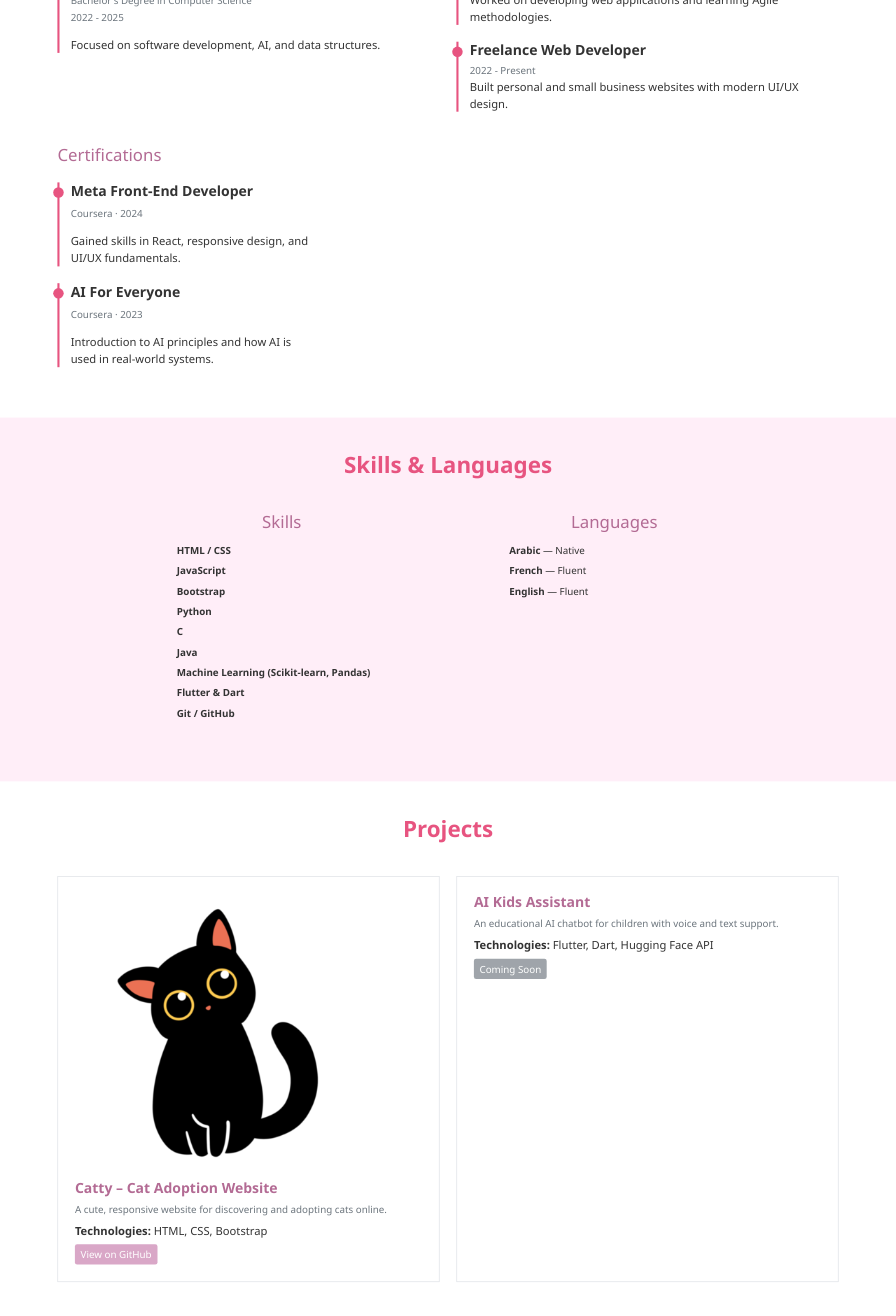
Repository: rihebtlh/portfolio
Page: new.html
These files come from the project's save history. The page is drawn as it stood at one moment and after the next save; the edit follows.
The browser window is 1280 px wide. The pictures show the part of the page from y = 1521 to 3441 px (the page is 3401 px tall before and 3441 px after), at 70% of full size.

Above is the page before, as saved 2025-07-02 16:02:16.

### new.html
<!DOCTYPE html>
<html lang="en">
<head>
  <meta charset="UTF-8" />
  <meta name="viewport" content="width=device-width, initial-scale=1.0" />
  <title>Riheb Talhi Portfolio</title>
  <link href="https://cdn.jsdelivr.net/npm/bootstrap@5.0.2/dist/css/bootstrap.min.css" rel="stylesheet" />
  <script src="https://cdn.jsdelivr.net/npm/bootstrap@5.0.2/dist/js/bootstrap.bundle.min.js"></script>
  <link rel="stylesheet" href="https://cdn.jsdelivr.net/npm/bootstrap-icons@1.10.5/font/bootstrap-icons.css">


  <style>
    body {
      font-family: 'Segoe UI', sans-serif;
      color: #333;
      background: #fff;
    }

    .navbar {
      background: rgba(255, 255, 255, 0.9);
      box-shadow: 0 4px 6px rgba(0, 0, 0, 0.05);
    }

    .navbar-nav .nav-link {
      color: #b36b94 !important;
      font-weight: 500;
    }

    .navbar-nav .nav-link:hover {
      color: #e75480 !important;
    }

    .btn-secondary {
      background-color: #d9a7c7;
      border: none;
    }

    .btn-secondary:hover {
      background-color: #e2b8d3;
    }

    h1, h2 {
      font-weight: 700;
    }

    .display-2 {
      color: #e75480;
    }

    .display-5 {
      color: #a070a8;
    }

    section {
      padding: 4rem 0;
    }

    .head {
      background-color: #ffeef8;
    }

    .about {
      background-color: #ffffff;
    }

    .about h2 {
      color: #e75480;
    }

    .about p {
      font-size: 1.1rem;
      color: #444;
      max-width: 800px;
    }

    img.rounded-circle {
      border: 4px solid #fff;
    }
    /* Simple timeline style */
  .timeline-item {
    border-left: 3px solid #e75480;
    padding-left: 1rem;
    position: relative;
  }
  .timeline-item::before {
    content: '';
    position: absolute;
    left: -9px;
    top: 0.4rem;
    width: 15px;
    height: 15px;
    background: #e75480;
    border-radius: 50%;
  }
  </style>
</head>
<body>

  <!-- Navbar -->
  <nav class="navbar navbar-expand-md navbar-light fixed-top">
    <div class="container-xxl">
      <button class="navbar-toggler" type="button" data-bs-toggle="collapse" data-bs-target="#main-nav"
        aria-controls="main-nav" aria-expanded="false" aria-label="Toggle navigation">
        <span class="navbar-toggler-icon"></span>
      </button>

      <div class="collapse navbar-collapse justify-content-end align-items-center" id="main-nav">
        <ul class="navbar-nav">
          <li class="nav-item"><a class="nav-link" href="#about">About Me</a></li>
          <li class="nav-item"><a class="nav-link" href="#resume">My Resume</a></li>
          <li class="nav-item"><a class="nav-link" href="#skills">Skills & Languages</a></li>
          <li class="nav-item"><a class="nav-link" href="#projects">Projects</a></li>
          <li class="nav-item ms-2 d-none d-md-inline">
            <a class="btn btn-secondary" href="#contact">Contact me here!</a>
          </li>
        </ul>
      </div>
    </div>
  </nav>

  <!-- Hero Section -->
    <section class="head d-flex align-items-center" style="min-height: 100vh;" id="home">
    <div class="container-lg">
        <div class="row justify-content-center align-items-center">
        <div class="col-md-8 text-start">
            <h1>
            <div class="display-2 fw-bold">Riheb Talhi</div>
            <div class="display-5">Computer Science Student</div>
            <div class="display-6 text-muted">just love to solve real-world problems through creative coding.</div>
            </h1>
        </div>
        <div class="col-md-4 text-center d-none d-md-block">
            <span class="tt" data-bs-placement="bottom" title="pic">
            <img src="/assets/pic.jpg" alt="Your photo" class="img-fluid rounded-circle shadow" style="max-height: 400px;">
            </span>
        </div>
        </div>
    </div>
    </section>


  <!-- About Me Section (White) -->
  <section class="about" id="about">
    <div class="container-lg">
      <div class="row justify-content-center">
        <div class="col-md-5">
          <h2 class="mb-4">About Me</h2>
          <p><strong>Name:</strong> Riheb Talhi</p>
          <p><strong>Email:</strong> talhiriheb@gmail.com</p>
          <p><strong>Education:</strong> university of science and technology of oran - mohamed boudiaf</p>
          <p>
            <i class="bi bi-github text-dark me-2"></i>
            <a href="https://github.com/rihebtlh" target="_blank">@rihebtlh</a>
          </p>
          <p>
            <i class="bi bi-linkedin"></i>
            <a href="https://www.linkedin.com/in/riheb-talhi-bab320293" target="_blank">Talhi Riheb</a>
          </p>
          <p>
            I love building smart, helpful apps and exploring the world of artificial intelligence.
            Currently, I'm focused on AI development especially in natural language processing (NLP) and machine learning (ML).
          </p>

        </div>
      </div>
    </div>
  </section>
  <!-- Resume Section -->
    <section id="resume" class="py-5" style="background:#fff;">
        <div class="container-lg">
            <h2 class="mb-5" style="color:#e75480;">My Resume</h2>
            <div class="row">

            <!-- Education -->
            <div class="col-md-6 mb-4">
                <h4 class="mb-4" style="color:#b36b94;">Education</h4>
                <div class="timeline">
                <div class="timeline-item mb-4">
                    <h5 class="mb-1 fw-bold">University of Science and Technology of Oran - Mohamed Boudiaf</h5>
                    <p class="text-muted mb-0"><small>Bachelor's Degree in Computer Science</small></p>
                    <p class="text-muted"><small>2022 - 2025</small></p>
                    <p>Focused on software development, AI, and data structures.</p>
                </div>
                <!-- Add more education here if needed -->
                </div>
            </div>

            <!-- Experience -->
            <div class="col-md-6 mb-4">
                <h4 class="mb-4" style="color:#b36b94;">Experience</h4>
                <div class="timeline">
                <div class="timeline-item mb-4">
                    <h5 class="mb-1 fw-bold">Internship at XYZ Company</h5>
                    <p class="text-muted mb-0"><small>Summer 2023</small></p>
                    <p>Worked on developing web applications and learning Agile methodologies.</p>
                </div>
                <div class="timeline-item mb-4">
                    <h5 class="mb-1 fw-bold">Freelance Web Developer</h5>
                    <p class="text-muted mb-0"><small>2022 - Present</small></p>
                    <p>Built personal and small business websites with modern UI/UX design.</p>
                </div>
                <!-- Add more experience as needed -->
                </div>
            </div>
            </div>
            <!-- Certifications -->
            <div class="col-md-4 mb-4">
                <h4 class="mb-4" style="color:#b36b94;">Certifications</h4>
                <div class="timeline">
                <div class="timeline-item mb-4">
                    <h5 class="fw-bold">Meta Front-End Developer</h5>
                    <p class="text-muted"><small>Coursera · 2024</small></p>
                    <p>Gained skills in React, responsive design, and UI/UX fundamentals.</p>
                </div>
                <div class="timeline-item mb-4">
                    <h5 class="fw-bold">AI For Everyone</h5>
                    <p class="text-muted"><small>Coursera · 2023</small></p>
                    <p>Introduction to AI principles and how AI is used in real-world systems.</p>
                </div>
                </div>
            </div>
        </div>
    </section>
    <!-- Skills & Languages Section -->
    <section id="skills" class="py-5" style="background-color: #ffeef8;">
    <div class="container-lg text-center">
        <h2 class="mb-5" style="color: #e75480;">Skills & Languages</h2>

        <div class="row justify-content-center">
        <!-- Skills -->
        <div class="col-md-5 mb-4">
            <h4 class="mb-3" style="color: #b36b94;">Skills</h4>
            <ul class="list-unstyled small text-start mx-auto" style="max-width: 300px;">
            <li class="mb-2"><strong>HTML / CSS</strong></li>
            <li class="mb-2"><strong>JavaScript</strong></li>
            <li class="mb-2"><strong>Bootstrap</strong></li>
            <li class="mb-2"><strong>Python</strong></li>
            <li class="mb-2"><strong>C</strong></li>
            <li class="mb-2"><strong>Java</strong></li>
            <li class="mb-2"><strong>Machine Learning (Scikit-learn, Pandas)</strong></li>
            <li class="mb-2"><strong>Flutter & Dart</strong></li>
            <li class="mb-2"><strong>Git / GitHub</strong></li>
            </ul>
        </div>

        <!-- Languages -->
        <div class="col-md-5 mb-4">
            <h4 class="mb-3" style="color: #b36b94;">Languages</h4>
            <ul class="list-unstyled small text-start mx-auto" style="max-width: 300px;">
            <li class="mb-2"><strong>Arabic</strong> — Native</li>
            <li class="mb-2"><strong>French</strong> — Fluent</li>
            <li class="mb-2"><strong>English</strong> — Fluent</li>
            </ul>
        </div>
        </div>
    </div>
    </section>
    <!-- Projects Section -->
    <section id="projects" class="py-5" style="background-color: #fff;">
      <div class="container-lg">
        <h2 class="mb-5 text-center" style="color: #e75480;">Projects</h2>

        <div class="row justify-content-center g-4">

          <!-- Project 1 -->
          <div class="col-md-6">
            <div class="p-4 border rounded-4 h-100" style="border-color: #ffd6e8; background-color: #fff;">
              <!-- Project Image -->
              <img src="assets/catLogo.webp" alt="Catty Website Preview" class="img-fluid rounded mb-2">
              <!-- Project Content -->
              <h5 class="fw-bold" style="color: #b36b94;">Catty – Cat Adoption Website</h5>
              <p class="text-muted small mb-2">A cute, responsive website for discovering and adopting cats online.</p>
              <p class="mb-2"><strong>Technologies:</strong> HTML, CSS, Bootstrap</p>
              <a href="https://github.com/rihebtlh/catty-storefront" target="_blank" class="btn btn-sm btn-secondary">View on GitHub</a>
            </div>
          </div>


          <!-- Project 2 -->
          <div class="col-md-6">
            <div class="p-4 border rounded-4 h-100" style="border-color: #ffd6e8;">
              <h5 class="fw-bold" style="color: #b36b94;">AI Kids Assistant</h5>
              <p class="text-muted small mb-2">An educational AI chatbot for children with voice and text support.</p>
              <p class="mb-2"><strong>Technologies:</strong> Flutter, Dart, Hugging Face API</p>
              <a href="#" target="_blank" class="btn btn-sm btn-secondary disabled">Coming Soon</a>
            </div>
          </div>

          <!-- Add more projects here -->

        </div>
      </div>
    </section>






  <!-- Tooltip Init -->
  <script>
    const tooltips = document.querySelectorAll('.tt');
    tooltips.forEach(t => {
      new bootstrap.Tooltip(t);
    });
  </script>

</body>
</html>

After the next save:
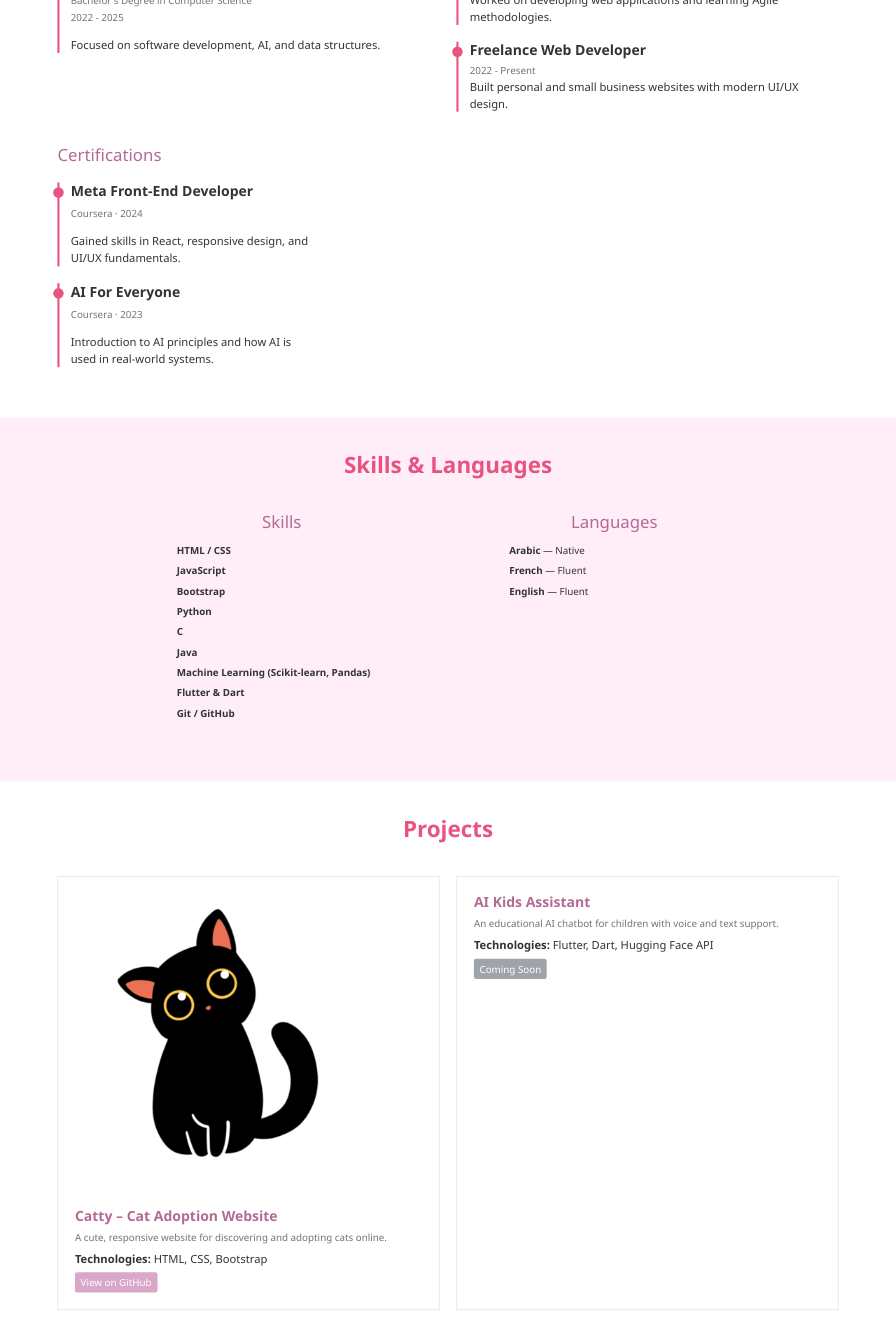
Saved 9 s later.
--- a/new.html
+++ b/new.html
@@ -266,7 +266,7 @@
           <div class="col-md-6">
             <div class="p-4 border rounded-4 h-100" style="border-color: #ffd6e8; background-color: #fff;">
               <!-- Project Image -->
-              <img src="assets/catLogo.webp" alt="Catty Website Preview" class="img-fluid rounded mb-2">
+              <img src="assets/catLogo.webp" alt="Catty Website Preview" class="img-fluid rounded mb-5">
               <!-- Project Content -->
               <h5 class="fw-bold" style="color: #b36b94;">Catty – Cat Adoption Website</h5>
               <p class="text-muted small mb-2">A cute, responsive website for discovering and adopting cats online.</p>

After the save that followed:
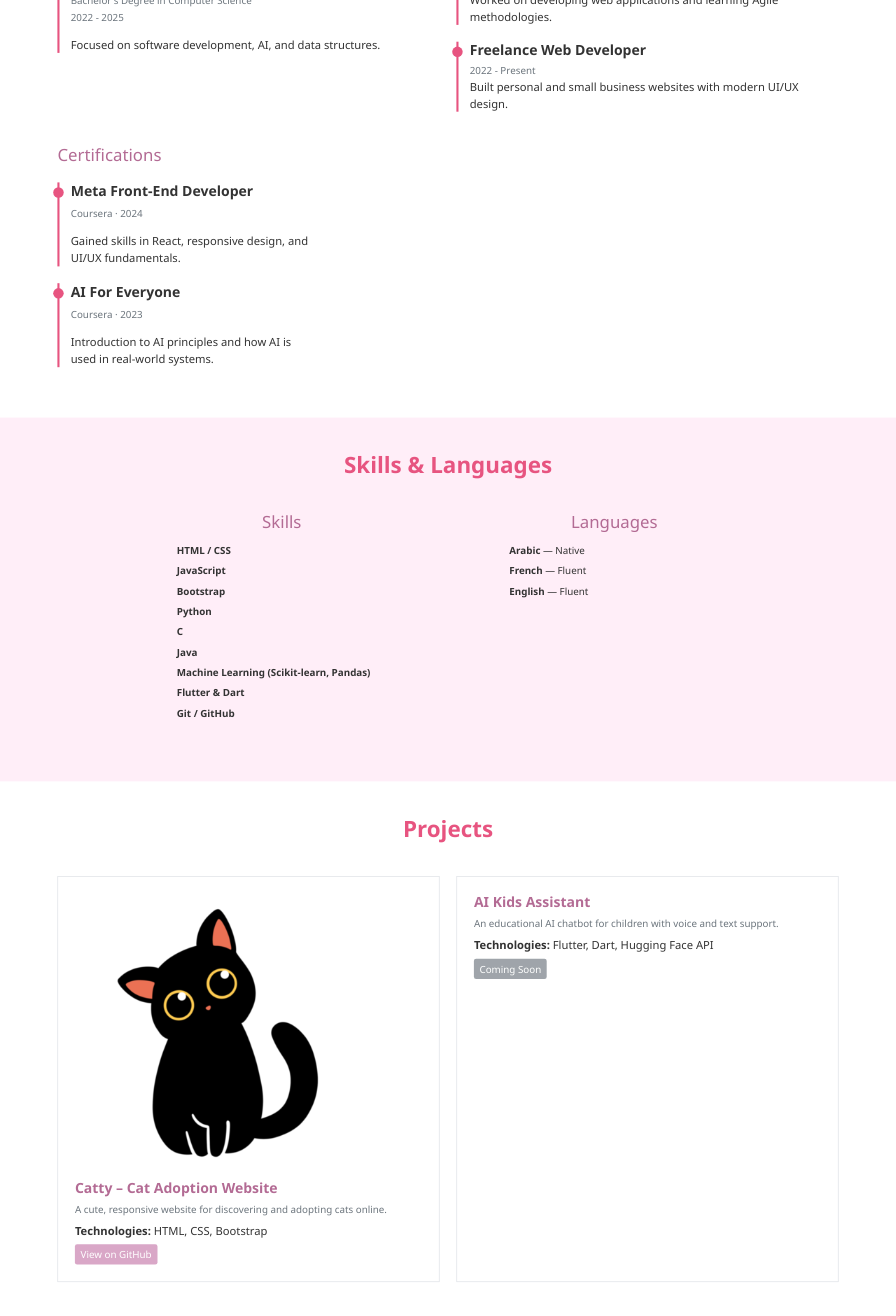
Saved 9 s later.
--- a/new.html
+++ b/new.html
@@ -266,7 +266,7 @@
           <div class="col-md-6">
             <div class="p-4 border rounded-4 h-100" style="border-color: #ffd6e8; background-color: #fff;">
               <!-- Project Image -->
-              <img src="assets/catLogo.webp" alt="Catty Website Preview" class="img-fluid rounded mb-5">
+              <img src="assets/catLogo.webp" alt="Catty Website Preview" class="img-fluid rounded mb-2">
               <!-- Project Content -->
               <h5 class="fw-bold" style="color: #b36b94;">Catty – Cat Adoption Website</h5>
               <p class="text-muted small mb-2">A cute, responsive website for discovering and adopting cats online.</p>
